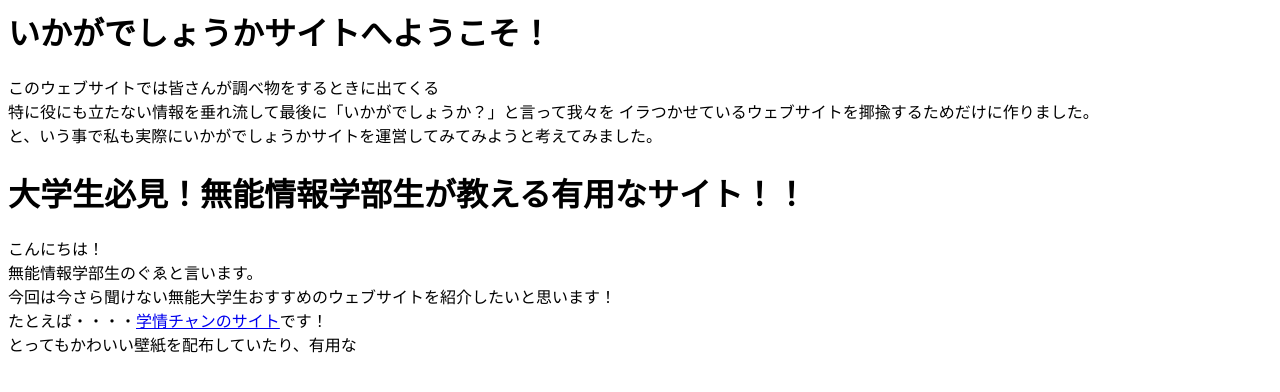
Repository: ghevp/ikagadeshoka
Page: page/home.html
An editor plug-in stored every save of this project. The page is shown before and after a run of saves, followed by the edit.
The browser window is 1280 px wide. The pictures show the whole page.

Above is the page before, as saved 2022-06-23 13:34:50.

### page/home.html
<div class="home">
    <h1>いかがでしょうかサイトへようこそ！</h1>
    <p>このウェブサイトでは皆さんが調べ物をするときに出てくる<br>
    特に役にも立たない情報を垂れ流して最後に「いかがでしょうか？」と言って我々を
    イラつかせているウェブサイトを揶揄するためだけに作りました。<br>
    と、いう事で私も実際にいかがでしょうかサイトを運営してみてみようと考えてみました。

</p>
<h1>
    大学生必見！無能情報学部生が教える有用なサイト！！
</h1>
<p>
    こんにちは！<br>
    無能情報学部生のぐゑと言います。<br>
    今回は今さら聞けない無能大学生おすすめのウェブサイトを紹介したいと思います！<br>
    たとえば・・・・<a href="https://gakujochan.com">学情チャンのサイト</a>です！<br>
    とってもかわいい壁紙を配布していたり、有用な
</p>
</div>

After the next 2 saves:
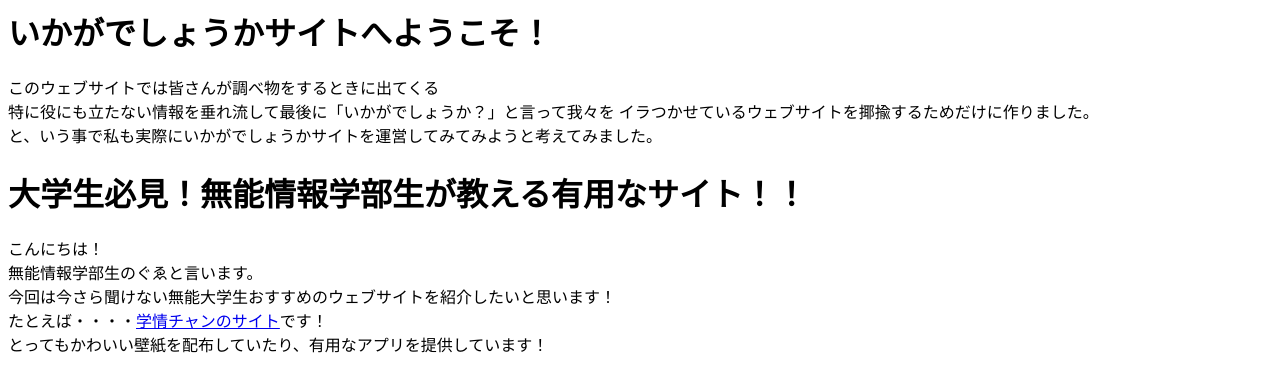
The 2 saves are shown as one change because they came seconds apart.
The last was saved 9 s later.
--- a/page/home.html
+++ b/page/home.html
@@ -14,6 +14,7 @@
     無能情報学部生のぐゑと言います。<br>
     今回は今さら聞けない無能大学生おすすめのウェブサイトを紹介したいと思います！<br>
     たとえば・・・・<a href="https://gakujochan.com">学情チャンのサイト</a>です！<br>
-    とってもかわいい壁紙を配布していたり、有用な
+    とってもかわいい壁紙を配布していたり、有用なアプリを提供しています！<br>
+
 </p>
 </div>
